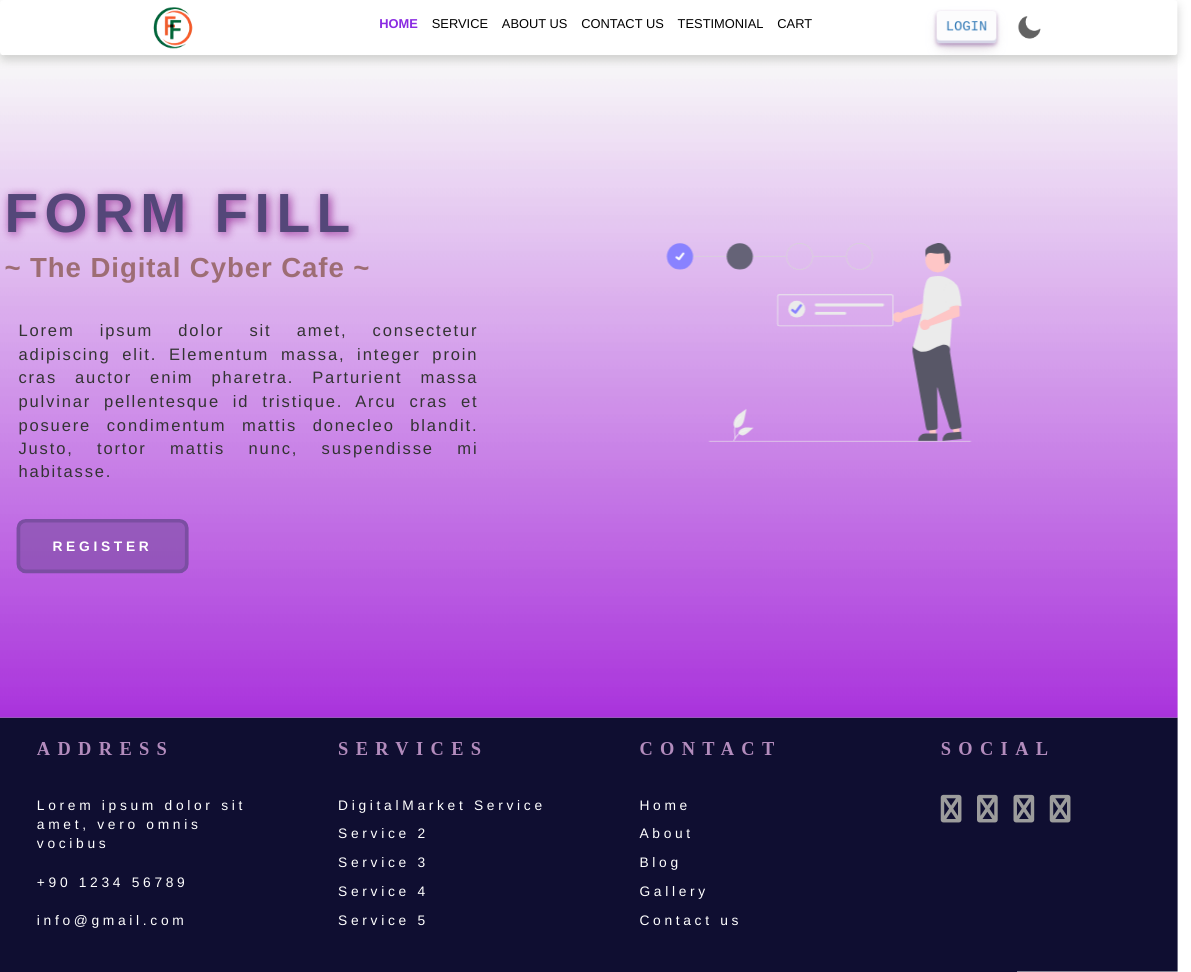
Repository: codervivek5/Formfil
Page: index.html
The author's editor kept a copy of each file at every save. The page is drawn from the files as they stood at one save, then again after the next save.
The browser window is 1280 px wide. The page is 1295 px wide, so the pictures cover 1295 px, including what lies to the right of the window. The pictures show the whole page, at 92% of full size.
Some web fonts or font styles are not loaded; a fallback is used.

Above is the page before, as saved 2023-03-04 21:41:32.

After the next save:
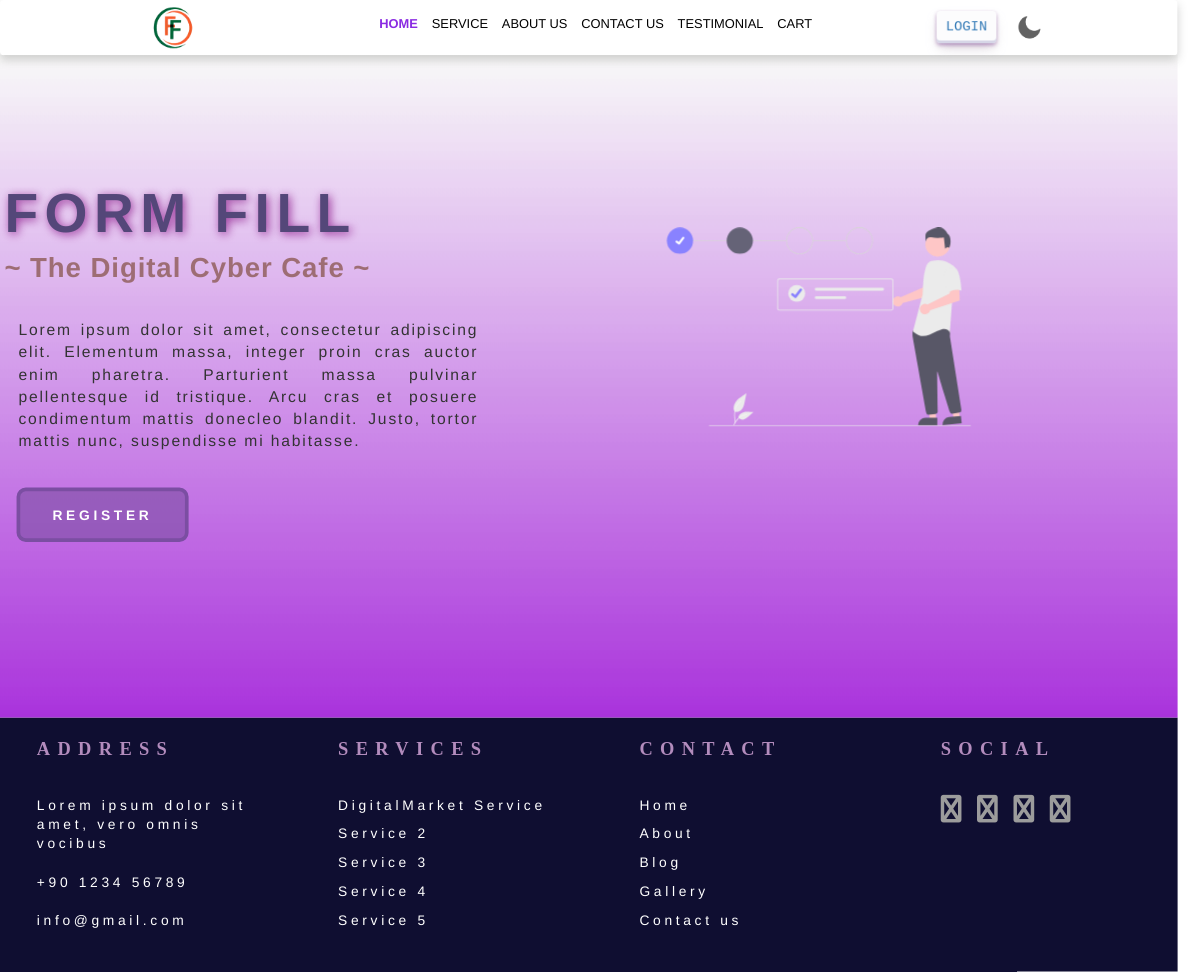
Saved 25 s later.
--- a/style/style.css
+++ b/style/style.css
@@ -219,7 +219,7 @@ overflow-x: hidden;
   color: black;
 	width:100%;
   text-align: justify;
-  font-size: 18px;
+  font-size: 17px;
   margin-top: 30px;
   padding-left: 60px;
   letter-spacing: 2px;
